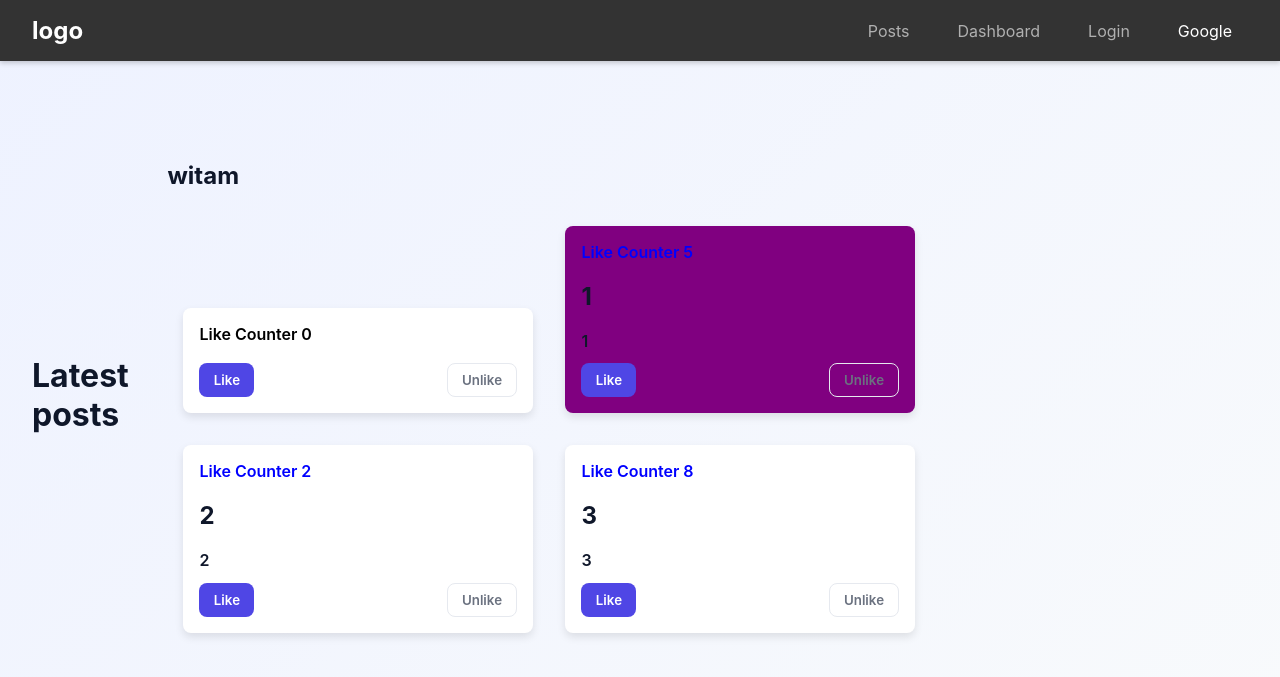
Repository: KrystianTrzy/reactapt
Page: /
An editor plug-in stored every save of this project. The page is shown before and after the next save, followed by the edit.
The browser window is 1280 px wide. The pictures show the whole page.
The project was rebuilt for these pictures with package versions that can differ from the ones it lists, and the page was loaded fresh each time. Also part of the build but not shown: src/pages/login.js, src/pages/postdetail/postdetail.js, src/pages/dashboard/dashboard.css, src/pages/dashboard/dashboard.js.

Above is the page before, as saved 2025-11-22 12:41:28.

### src/index.js
import React from "react";
import ReactDOM from "react-dom/client";
import "./index.css";
import App from "./App";
import LikeCounter from "./components/App/LikeCounter/LikeCounter";

const root = ReactDOM.createRoot(document.getElementById("root"));
root.render(
  <React.StrictMode>
    <App />
  </React.StrictMode>
);

// If you want to start measuring performance in your app, pass a function
// to log results (for example: reportWebVitals(console.log))
// or send to an analytics endpoint. Learn more: https://bit.ly/CRA-vitals

### src/index.css
:root {
  --bg: #f6f8ff;
  --card: #ffffff;
  --accent: #4f46e5;
  --muted: #6b7280;
  --radius: 12px;
}

* {
  box-sizing: border-box;
}

html,
body,
#root {
  height: 100%;
}

body {
  margin: 0;
  font-family: Inter, system-ui, -apple-system, "Segoe UI", Roboto,
    "Helvetica Neue", Arial;
  background: linear-gradient(135deg, #eef2ff 0%, #f8fafc 100%);
  color: #0f172a;
  -webkit-font-smoothing: antialiased;
  -moz-osx-font-smoothing: grayscale;
}

#root {
  display: flex;
  align-items: center;
  justify-content: center;
  padding: 2rem;
}

.App {
  width: 100%;
  max-width: 920px;
  background: rgba(255, 255, 255, 0.9);
  border-radius: var(--radius);
  box-shadow: 0 8px 30px rgba(2, 6, 23, 0.08);
  padding: 2rem;
}

ul {
  padding-left: 1.1rem;
}

button {
  font-family: inherit;
}

.login-form {
  display: flex;
  flex-direction: column;
  gap: 1rem;
  color: blue;
}

### src/App.js
import { BrowserRouter, Routes, Route } from "react-router-dom";
import Posts from "./pages/Posts";
import Login from "./pages/login";
import PostDetail from "./pages/postdetail/postdetail";
import Nav from "./components/nav/nav";
import Dashboard from "./pages/dashboard/dashboard";

function App() {
  const name = "Krystian";
  const names = ["Adrian", "Maciek", "Pawel", "Bartek"];
  return (
    <BrowserRouter>
      <Nav />
      <Routes>
        <Route path="/" element={<Posts />} />
        <Route path="/posts" element={<Posts />} />
        <Route path="/login" element={<Login />} />
        <Route path="/postdetail/:id" element={<PostDetail />} />
        <Route path="/dashboard" element={<Dashboard />} />
      </Routes>
    </BrowserRouter>
  );
}

export default App;

### src/components/App/LikeCounter/LikeCounter.js
import React, { useState, useEffect, use } from 'react'
import './LikeCounter.css'

function LikeCounter({ color, title, description, count = 0 }) {
    const [likes, setLikes] = useState(Number(count));
    const handleLike = () => {
        setLikes(likes + 1);
    };

    useEffect(() => {
        console.log(`Likes updated: ${likes}`);
        document.title = `Likes: ${likes}`;
        if (likes > 20) {
            document.title = `dużo: ${likes}`;
        }


}, [likes]);

    const handleUnlike = () => {
        if (likes > 0) {
            setLikes(likes - 1);
        }
    };

    return (
        <div className="post" style={{backgroundColor: color }}>
            <p style={{ color: likes > 0 ? 'blue' : 'black' }}>Like Counter {likes}</p>
            <h2>{title}</h2>
            <p>{description}</p>
            <div className="actions">
                <button onClick={handleLike}>Like</button>
                <button onClick={handleUnlike}>Unlike</button>
            </div>
        </div>
    )
}

export default LikeCounter;

### src/pages/Posts.js
import LikeCounter from "../components/App/LikeCounter/LikeCounter";

function Posts() {
  return (
    <>
      <h1>Latest posts</h1>
      <article>
        <div className="posts">
          <h1>witam</h1>
          <LikeCounter />
          <LikeCounter color="purple" title="1" description="1" count="5" />

          <LikeCounter title="2" description="2" count="2" />

          <LikeCounter title="3" description="3" count="8" />
        </div>
      </article>
    </>
  );
}
export default Posts;

### src/components/nav/nav.js
import "./nav.css";
import { Link } from "react-router-dom";
import { useLocation } from "react-router-dom";

function Nav() {
  const location = useLocation();
  const islogin = location.pathname === "/login";
  const links = [
    { to: "/posts", label: "Posts" },
    { to: "/dashboard", label: "Dashboard" },
    { to: "/login", label: "Login" },
  ];
  return islogin ? null : (
    <nav className="navbar">
      <span className="logo">logo</span>
      <div className="menu">
        {links.map((link) => (
          <Link
            key={link.to}
            to={link.to}
            className={
              location.pathname === link.to ? "active-link" : "inactive-link"
            }
          >
            {link.label}
          </Link>
        ))}
        <a href="https://google.com" target="_blank" rel="noopener noreferrer">
          Google
        </a>
      </div>
    </nav>
  );
}

export default Nav;

### src/components/App/LikeCounter/LikeCounter.css
.post {
  box-shadow: 0 4px 8px rgba(0, 0, 0, 0.1);
  padding: 1rem;
  width: 350px;
  border-radius: 0.5rem;
  background: var(--card);
  margin: 1rem;
  color: #0f172a;
  display: inline-block;
}

.actions {
  display: flex;
  flex-direction: row;
  justify-content: space-between;
}

.post p {
  margin: 0 0 0.8rem 0;
  font-weight: 600;
}

.actions button {
  padding: 0.5rem 0.9rem;
  border-radius: 8px;
  border: none;
  cursor: pointer;
  font-weight: 600;
}

.actions button:first-child {
  background: var(--accent);
  color: white;
}

.actions button:last-child {
  background: transparent;
  color: var(--muted);
  border: 1px solid #e6e9ef;
}

.actions button:hover {
  transform: translateY(-1px);
}

### src/components/nav/nav.css
.navbar {
  position: fixed;
  top: 0;
  left: 0;
  width: 100%;
  z-index: 1000;
  display: flex;
  justify-content: space-between;
  align-items: center;
  background-color: #333;
  padding: 1rem 2rem;
  color: white;
  box-shadow: 0 2px 5px rgba(0, 0, 0, 0.2);
}

body {
  margin: 0;
  padding-top: 70px;
}

.navbar a {
  color: white;
  text-decoration: none;
  margin: 0 1rem;
  font-size: 1rem;
}

.inactive-link {
  color: #b0b0b0 !important;
  pointer-events: none;
  cursor: default;
}
.active-link {
  color: #fff !important;
  font-weight: bold;
  text-decoration: underline;
}

.navbar a:hover {
  text-decoration: underline;
}

.navbar .logo {
  font-size: 1.5rem;
  font-weight: bold;
}

.navbar .menu {
  display: flex;
  gap: 1rem;
}

Loaded but not shown: public/index.html (common file)

After the next save:
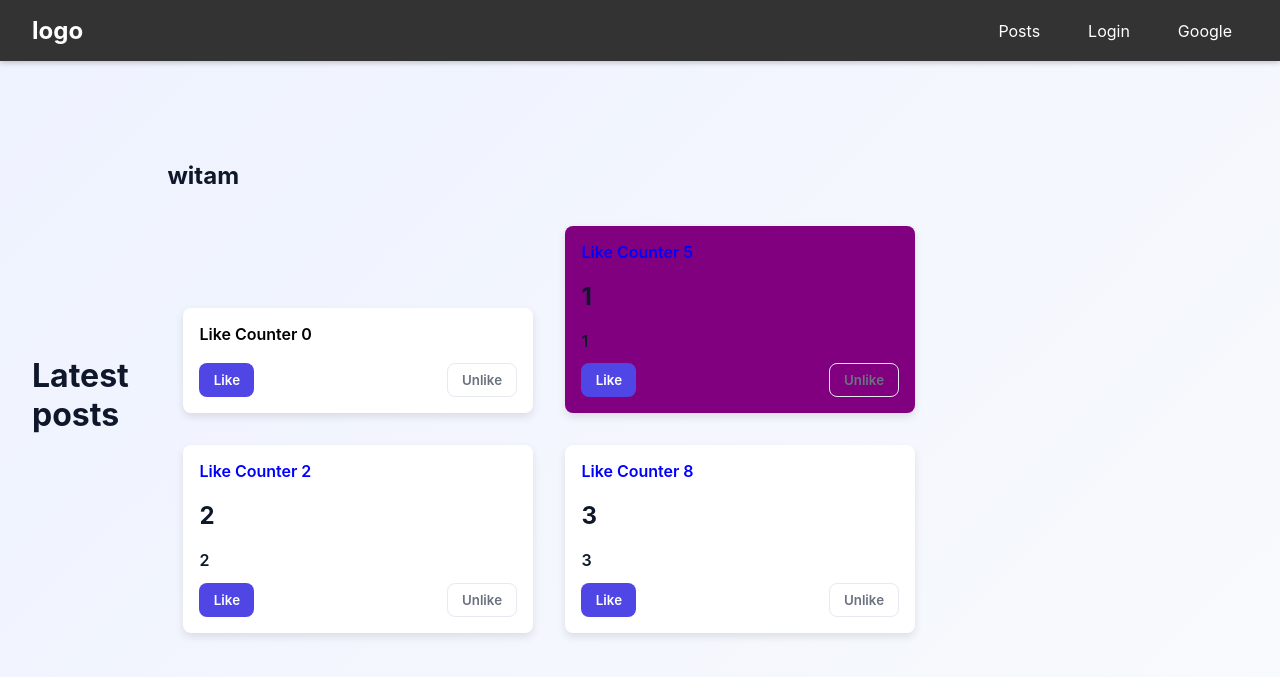
Saved 19 s later.
--- a/src/components/nav/nav.js
+++ b/src/components/nav/nav.js
@@ -5,26 +5,13 @@
 function Nav() {
   const location = useLocation();
   const islogin = location.pathname === "/login";
-  const links = [
-    { to: "/posts", label: "Posts" },
-    { to: "/dashboard", label: "Dashboard" },
-    { to: "/login", label: "Login" },
-  ];
   return islogin ? null : (
     <nav className="navbar">
       <span className="logo">logo</span>
+
       <div className="menu">
-        {links.map((link) => (
-          <Link
-            key={link.to}
-            to={link.to}
-            className={
-              location.pathname === link.to ? "active-link" : "inactive-link"
-            }
-          >
-            {link.label}
-          </Link>
-        ))}
+        <Link to="/posts">Posts</Link>
+        <Link to="/login">Login</Link>
         <a href="https://google.com" target="_blank" rel="noopener noreferrer">
           Google
         </a>
--- a/src/components/nav/nav.css
+++ b/src/components/nav/nav.css
@@ -14,8 +14,8 @@
 }
 
 body {
-  margin: 0;
-  padding-top: 70px;
+    margin: 0;
+    padding-top: 70px;
 }
 
 .navbar a {
@@ -23,17 +23,6 @@
   text-decoration: none;
   margin: 0 1rem;
   font-size: 1rem;
-}
-
-.inactive-link {
-  color: #b0b0b0 !important;
-  pointer-events: none;
-  cursor: default;
-}
-.active-link {
-  color: #fff !important;
-  font-weight: bold;
-  text-decoration: underline;
 }
 
 .navbar a:hover {

After the save that followed:
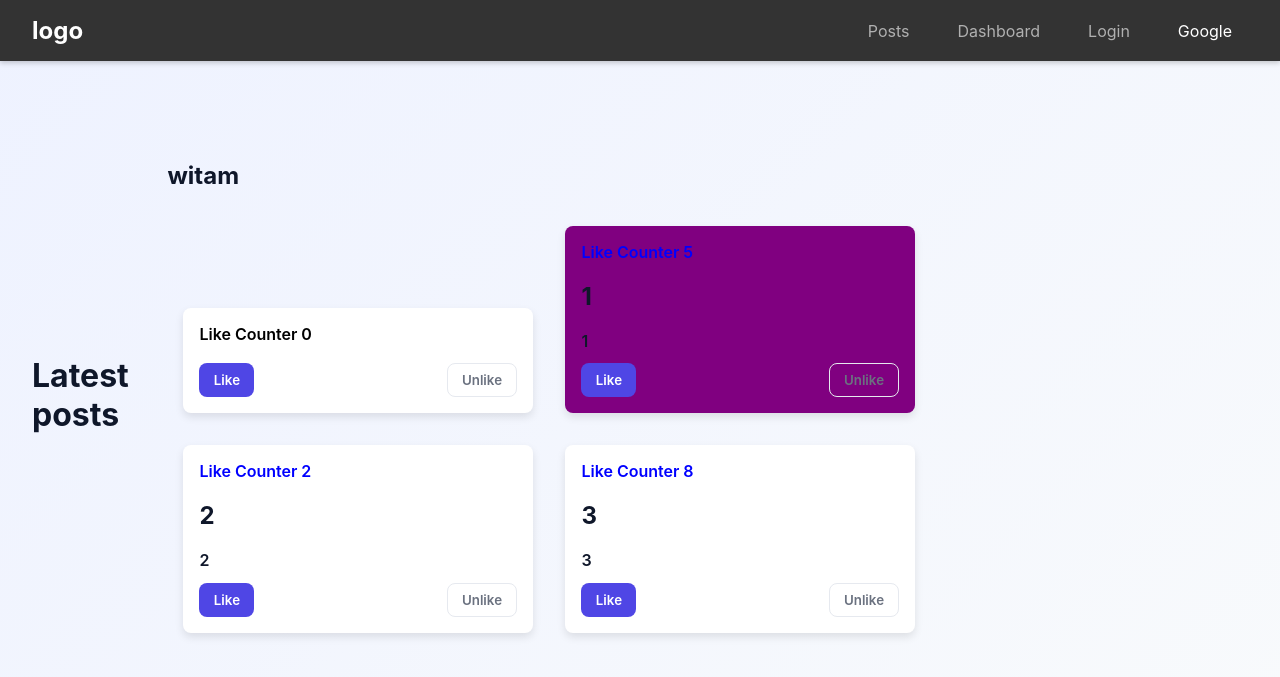
Saved 4 s later.
--- a/src/components/nav/nav.js
+++ b/src/components/nav/nav.js
@@ -5,13 +5,26 @@
 function Nav() {
   const location = useLocation();
   const islogin = location.pathname === "/login";
+  const links = [
+    { to: "/posts", label: "Posts" },
+    { to: "/dashboard", label: "Dashboard" },
+    { to: "/login", label: "Login" },
+  ];
   return islogin ? null : (
     <nav className="navbar">
       <span className="logo">logo</span>
-
       <div className="menu">
-        <Link to="/posts">Posts</Link>
-        <Link to="/login">Login</Link>
+        {links.map((link) => (
+          <Link
+            key={link.to}
+            to={link.to}
+            className={
+              location.pathname === link.to ? "active-link" : "inactive-link"
+            }
+          >
+            {link.label}
+          </Link>
+        ))}
         <a href="https://google.com" target="_blank" rel="noopener noreferrer">
           Google
         </a>
--- a/src/components/nav/nav.css
+++ b/src/components/nav/nav.css
@@ -14,8 +14,8 @@
 }
 
 body {
-    margin: 0;
-    padding-top: 70px;
+  margin: 0;
+  padding-top: 70px;
 }
 
 .navbar a {
@@ -23,6 +23,17 @@
   text-decoration: none;
   margin: 0 1rem;
   font-size: 1rem;
+}
+
+.inactive-link {
+  color: #b0b0b0 !important;
+  pointer-events: none;
+  cursor: default;
+}
+.active-link {
+  color: #fff !important;
+  font-weight: bold;
+  text-decoration: underline;
 }
 
 .navbar a:hover {
